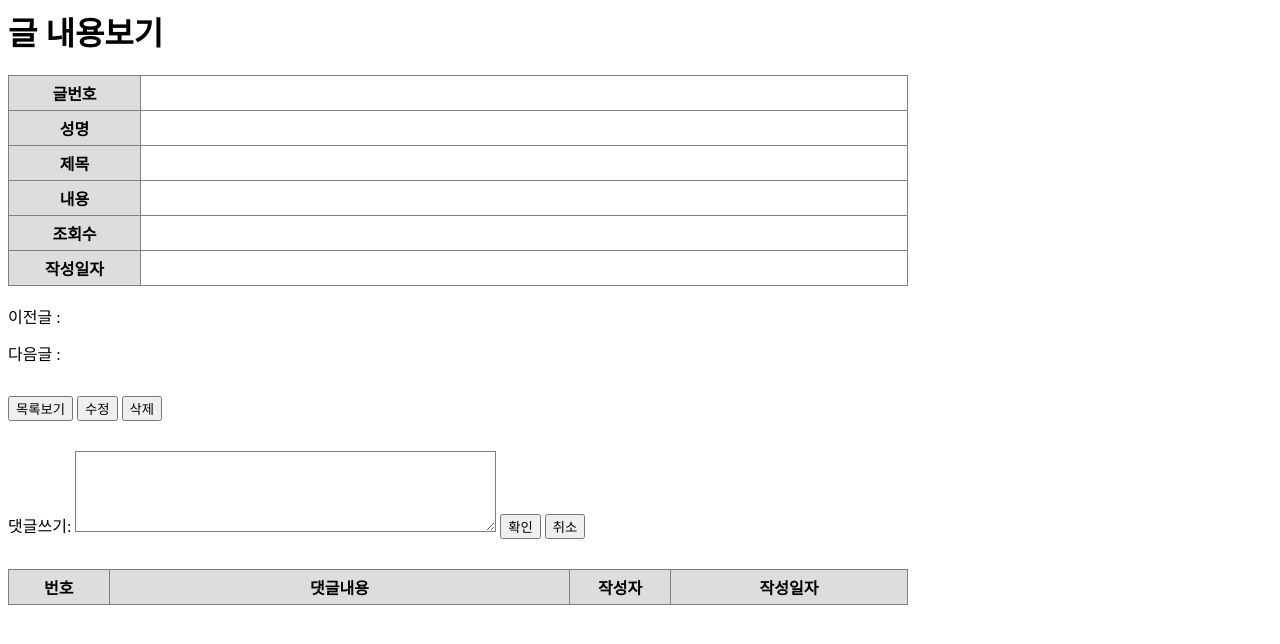
Repository: gold37/Spring
Page: http://localhost/Board/WEB-INF/views/tiles1/board/view.jsp
An editor plug-in stored every save of this project. The page is shown before and after the next save, followed by the edit.
The browser window is 1280 px wide. The pictures show the whole page.
The page is served by Tomcat 9. Nobody is signed in. The template is opened directly, without the code that normally fills it, so the values that code supplies are empty.

Above is the page before, as saved 2020-07-17 06:48:23.
Console error: ReferenceError: $ is not defined

After the next save:
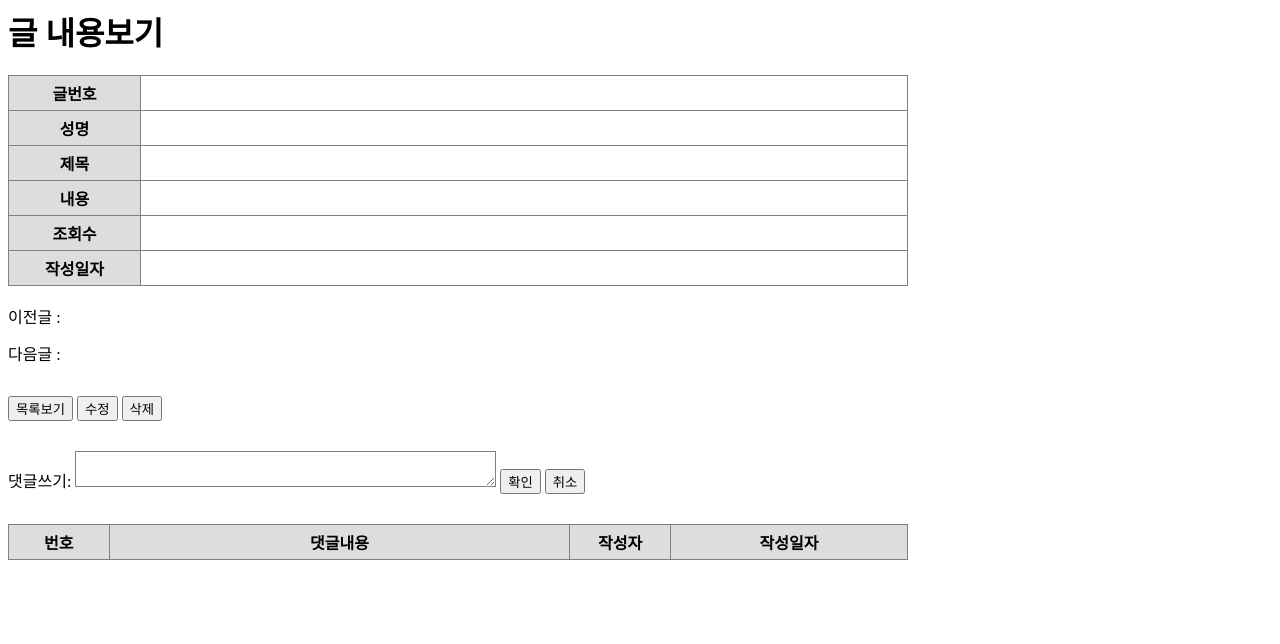
Saved 11 s later.
--- a/springworkspace/Board/src/main/webapp/WEB-INF/views/tiles1/board/view.jsp
+++ b/springworkspace/Board/src/main/webapp/WEB-INF/views/tiles1/board/view.jsp
@@ -97,7 +97,7 @@ a {text-decoration: none !important;}
 
 	<div style="margin-top: 30px;">
 		댓글쓰기:
-		<textarea rows="5" cols="50"></textarea>
+		<textarea rows="2" cols="50"></textarea>
 		<button>확인</button>
 		<button>취소</button>
 	</div>
